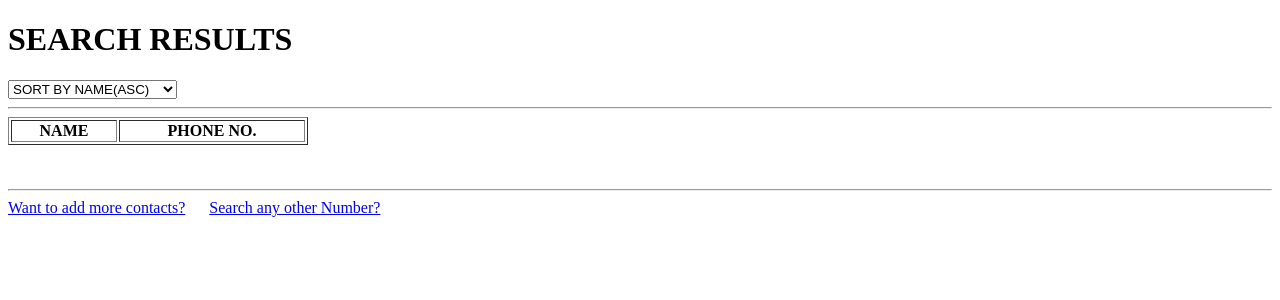
Repository: nikhilbad7/jsp-practicals
Page: http://localhost/classwork/exp13search.jsp
An editor plug-in stored every save of this project. The page is shown before and after the next save, followed by the edit.
The browser window is 1280 px wide. The pictures show the whole page.
The page is served by Tomcat 9. The database holds what the project's SQL file puts in it.

Above is the page before, as saved 2018-04-12 07:19:43.

After the next save:
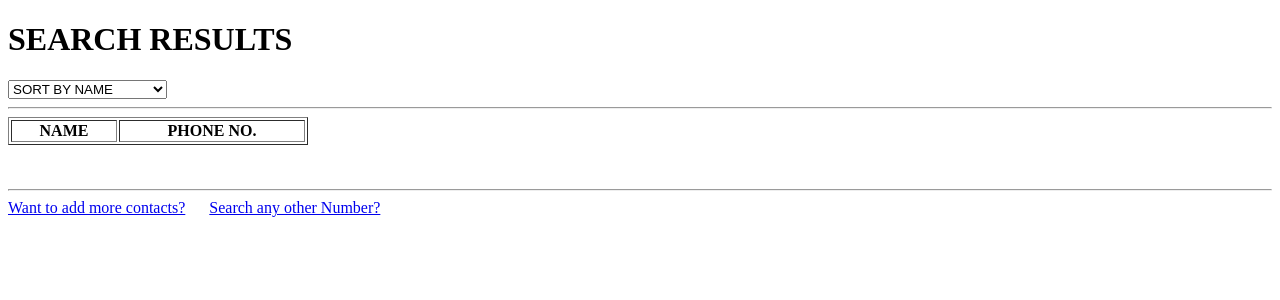
Saved 116 min 26 s later.
--- a/classwork/WebContent/exp13search.jsp
+++ b/classwork/WebContent/exp13search.jsp
@@ -28,8 +28,8 @@ String q = "select * from contacts where name='"+name+"'";
 ResultSet rs=stmt.executeQuery(q);
 %>
 <select name="sort">
-		<option>SORT BY NAME(ASC)</option>
-		<option>SORT BY NAME(DESC)</option>
+		<option>SORT BY NAME</option>
+		<option>SORT BY PHONE NO.</option>
 </select>
 <hr/>
 <table border=1 width=300px>
